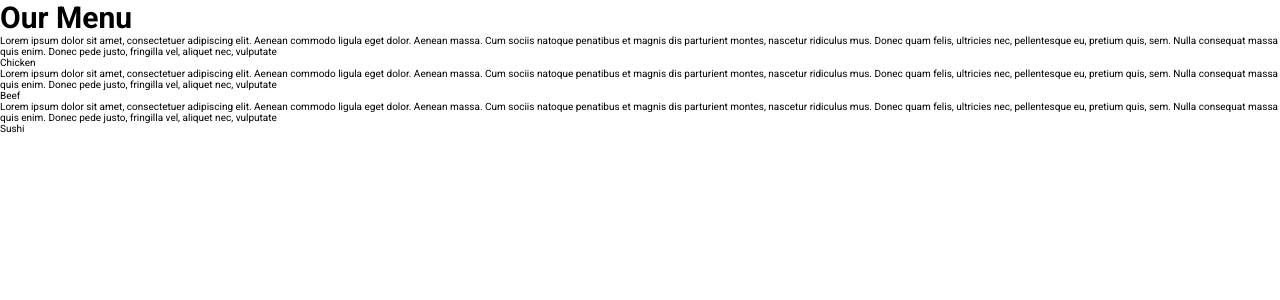
Repository: Normandy72/module2-solution
Page: index.html
The author's editor kept a copy of each file at every save. The page is drawn from the files as they stood at one save, then again after the next save.
The browser window is 1280 px wide. The pictures show the whole page.

Above is the page before, as saved 2022-12-05 14:43:15.

After the next save:
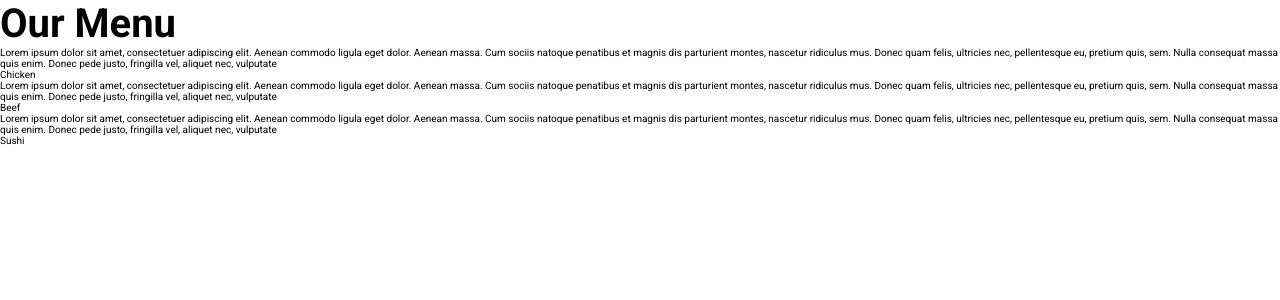
Saved 26 s later.
--- a/styles/style.css
+++ b/styles/style.css
@@ -8,5 +8,5 @@
 }
 
 h1{
-    font-size: 3em;
+    font-size: 4em;
 }
